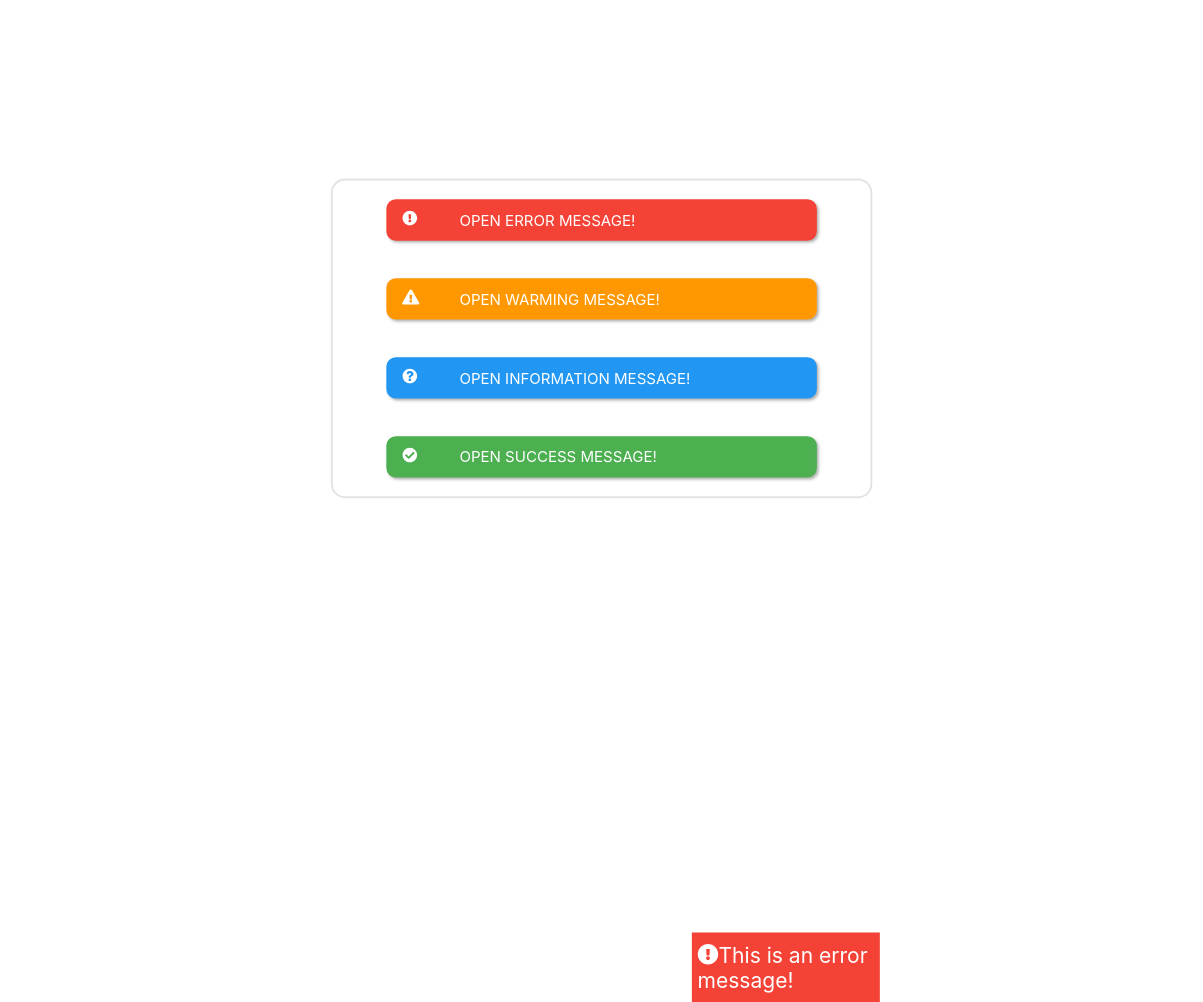
Repository: KrzysKolo/sr_tydzien5_zad2
Page: /, after clicking the first element matching `div.btn`
These files come from the project's save history. The page is drawn as it stood at one moment and after the next save; the edit follows.
The browser window is 1280 px wide. The pictures show the whole page, at 94% of full size.
The project was rebuilt for these pictures with package versions that can differ from the ones it lists, and the page was loaded fresh each time.

Above is the page before, as saved 2020-12-28 04:23:43.

After the next save:
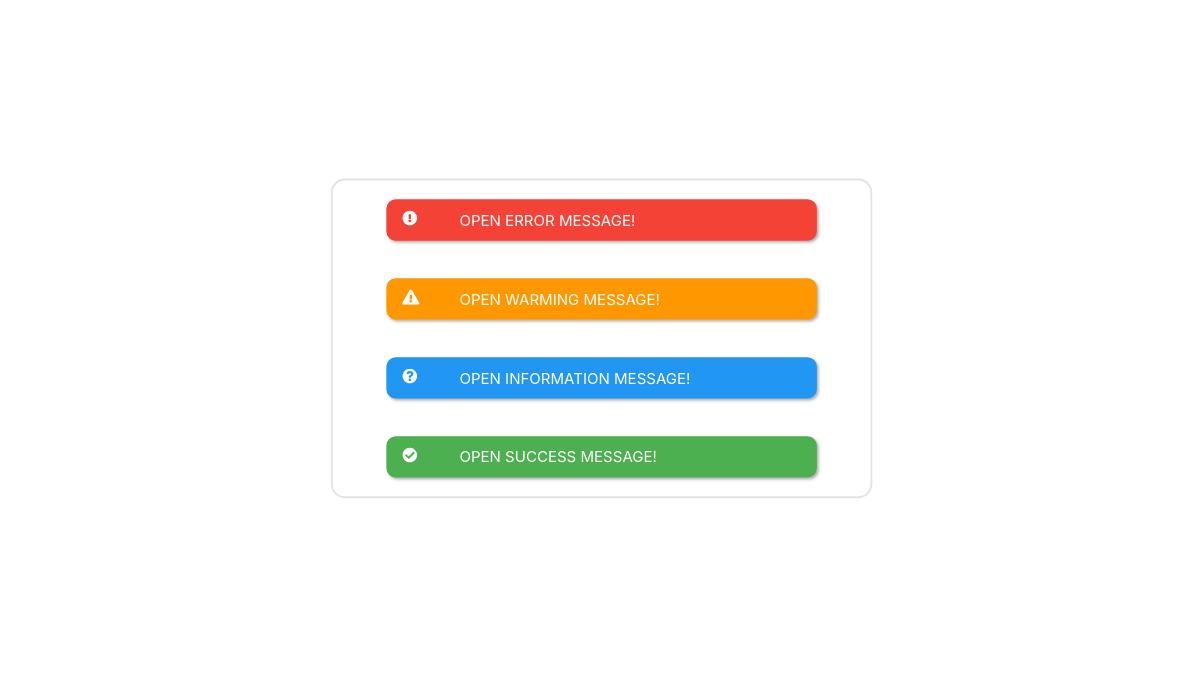
Saved 97 s later.
--- a/src/App.css
+++ b/src/App.css
@@ -59,6 +59,6 @@ body {
 }
 .top-right {
   position: absolute;
-  top: calc(100vh + 80px);
+  top: calc(-100vh + 80px);
   right: -10px;
 }
